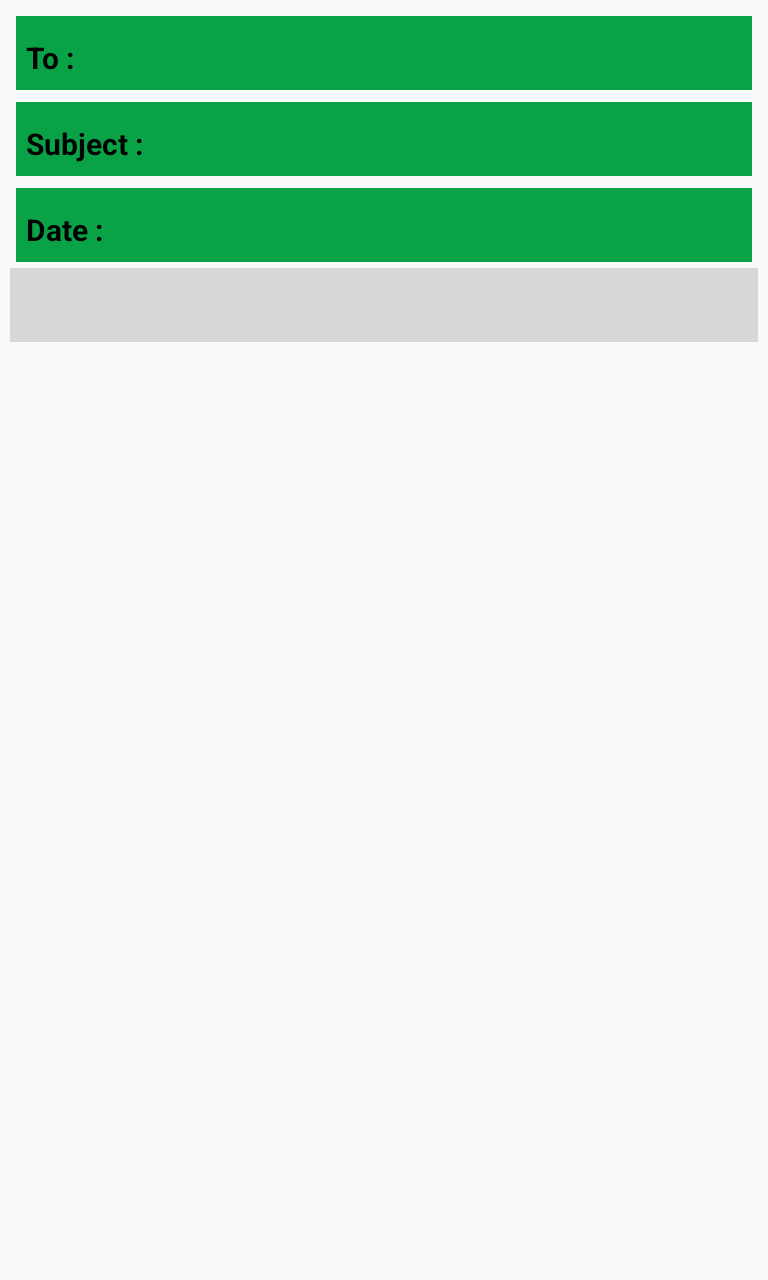
Repository: iguardian2015/iguardian-litchi
Layout: iguardian/res/layout/custom_outbox_view.xml
An editor plug-in stored every save of this project. The layout is shown before and after the next save, followed by the edit.
It is drawn on a 768 x 1280 px phone screen (xhdpi) without system bars, with theme AppTheme; the app's code is not run.

Above is the layout before, as saved 2015-01-14 16:54:40.

### iguardian/res/layout/custom_outbox_view.xml
<?xml version="1.0" encoding="utf-8"?>
<LinearLayout xmlns:android="http://schemas.android.com/apk/res/android"
    android:layout_width="fill_parent"
    android:layout_height="fill_parent"
    android:padding="5dp"
    android:orientation="vertical" >

    <LinearLayout
        android:layout_width="match_parent"
        android:layout_height="wrap_content"
        android:layout_margin="3dp"
        android:background="#0AA247"
        android:orientation="horizontal" >

        <TextView
            android:id="@+id/to"
            android:layout_width="wrap_content"
            android:layout_height="wrap_content"
            android:padding="5dp"
            android:text="To :"
            android:textAppearance="?android:attr/textAppearanceLarge"
            android:textColor="#000000"
            android:textSize="15dp"
            android:textStyle="bold" />

        <TextView
            android:id="@+id/name"
            android:layout_width="wrap_content"
            android:layout_height="wrap_content"
            android:padding="5dp"
            android:textAppearance="?android:attr/textAppearanceLarge"
            android:textColor="#000000"
            android:textSize="20dp"
            android:textStyle="normal" />
    </LinearLayout>

    <LinearLayout
        android:layout_width="match_parent"
        android:layout_height="wrap_content"
        android:layout_margin="3dp"
        android:background="#0AA247"
        android:orientation="horizontal" >

        <TextView
            android:id="@+id/subject"
            android:layout_width="wrap_content"
            android:layout_height="wrap_content"
            android:padding="5dp"
            android:text="Subject :"
            android:textAppearance="?android:attr/textAppearanceLarge"
            android:textColor="#000000"
            android:textSize="15dp"
            android:textStyle="bold" />

        <TextView
            android:id="@+id/message_subject"
            android:layout_width="wrap_content"
            android:layout_height="wrap_content"
            android:padding="5dp"
            android:textAppearance="?android:attr/textAppearanceLarge"
            android:textColor="#000000"
            android:textSize="20dp"
            android:textStyle="normal" />
    </LinearLayout>

    <LinearLayout
        android:layout_width="match_parent"
        android:layout_height="wrap_content"
        android:layout_margin="3dp"
        android:background="#0AA247"
        android:orientation="horizontal" >

        <TextView
            android:id="@+id/dates"
            android:layout_width="wrap_content"
            android:layout_height="wrap_content"
            android:padding="5dp"
            android:text="Date :"
            android:textAppearance="?android:attr/textAppearanceLarge"
            android:textColor="#000000"
            android:textSize="15dp"
            android:textStyle="bold" />

        <TextView
            android:id="@+id/date"
            android:layout_width="wrap_content"
            android:layout_height="wrap_content"
            android:padding="5dp"
            android:textAppearance="?android:attr/textAppearanceLarge"
            android:textColor="#000000"
            android:textSize="20dp"
            android:textStyle="normal" />
    </LinearLayout>

    <ScrollView
        android:layout_width="match_parent"
        android:layout_height="wrap_content"
        android:layout_weight="1" >

        <TextView
            android:id="@+id/mes"
            android:layout_width="match_parent"
            android:layout_height="wrap_content"
            android:padding="5dp"
            android:paddingTop="10dp"
            android:background="#D8D8D8"
            android:textAppearance="?android:attr/textAppearanceLarge"
            android:textColor="#525250"
            android:textSize="20dp"
            android:textStyle="normal" />
    </ScrollView>

</LinearLayout>

### iguardian/res/values/styles.xml
<resources>

    <!--
        Base application theme, dependent on API level. This theme is replaced
        by AppBaseTheme from res/values-vXX/styles.xml on newer devices.
    -->
    <style name="AppBaseTheme" parent="Theme.AppCompat.Light">
        <!--
            Theme customizations available in newer API levels can go in
            res/values-vXX/styles.xml, while customizations related to
            backward-compatibility can go here.
        -->
    </style>

    <!-- Application theme. -->
    <style name="AppTheme" parent="AppBaseTheme">
        <!-- All customizations that are NOT specific to a particular API-level can go here. -->
    </style>

    <style name="DefaultButtonText">
       <item name="android:layout_width">fill_parent</item>
        <item name="android:layout_height">wrap_content</item>
        <item name="android:textColor">#FFFFFF</item>
        <item name="android:gravity">center</item>
        <item name="android:layout_margin">3dp</item>
        <item name="android:textStyle">normal</item>
        <item name="android:textSize">20sp</item>
        <item name="android:shadowColor">#f9f9f9</item>
        <item name="android:shadowDx">1</item>
        <item name="android:shadowDy">1</item>
        <item name="android:shadowRadius">1</item>
    </style>

    <style name="btnStyleBeige" parent="@android:style/Widget.Button">
       <item name="android:textSize">15sp</item>
       <item name="android:textStyle">bold</item>
       <item name="android:textColor">#5d6153</item>
       <item name="android:gravity">center</item>
       <item name="android:shadowColor">#000000</item>
       <item name="android:shadowDx">1</item>
       <item name="android:shadowDy">1</item>
       <item name="android:shadowRadius">0.6</item>
       <item name="android:background">@drawable/custom_button</item>
       <item name="android:padding">10dip</item>
   </style>

</resources>

Loaded but not shown: iguardian/res/values-v11/styles.xml (common file); iguardian/res/values-v14/styles.xml (common file)

After the next save:
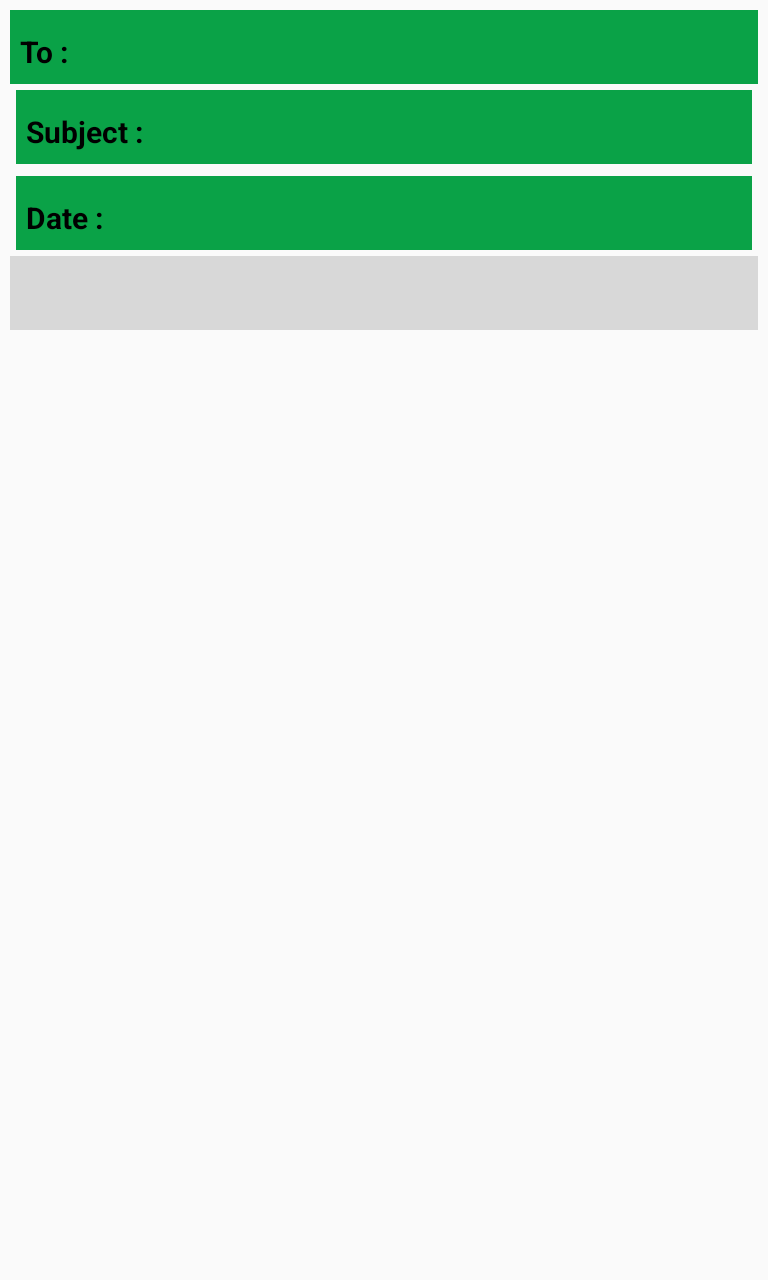
Saved 50 s later.
--- a/iguardian/res/layout/custom_outbox_view.xml
+++ b/iguardian/res/layout/custom_outbox_view.xml
@@ -8,7 +8,7 @@
     <LinearLayout
         android:layout_width="match_parent"
         android:layout_height="wrap_content"
-        android:layout_margin="3dp"
+
         android:background="#0AA247"
         android:orientation="horizontal" >
 
